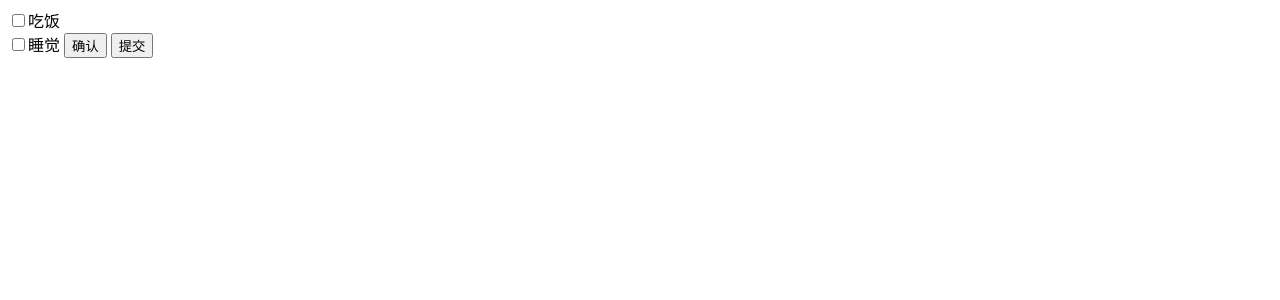
Repository: ls02/VSCode
Page: Java/2022/6-18-1/Test.html
An editor plug-in stored every save of this project. The page is shown before and after the next save, followed by the edit.
The browser window is 1280 px wide. The pictures show the whole page.

Above is the page before, as saved 2022-06-20 16:14:11.

### Java/2022/6-18-1/Test.html
<!--
 * @Author: ls02 <2877455773@qq.com>
 * @Date: 2022-06-18 17:19:58
 * @LastEditors: ls02 <2877455773@qq.com>
 * @LastEditTime: 2022-06-20 16:14:11
 * @FilePath: \Java\2022\6-18-1\Test.html
 * @Description:
 *
 * Copyright (c) 2022 by ${ls02 <2877455773@qq.com>}, All Rights Reserved.
-->
<html>
    <!--head放一些属性-->
    <head>
        <!--这个title标签表示网页的标题-->
        <!--mate 指定字符集编码-->
        <mate charset="UTF-8">
        <title>我的标题</title>
        <style>
            td {
                text-align: center;
            }
        </style>
    </head>
    <!--body放要展示的内容-->
    <body>
        <!-- <h1> hello world</h1>
        <h2> hello world</h2>
        <p>第一段<br/>Lorem ipsum dolor sit amet consectetur adipisicing elit. Iusto, optio molestiae similique cumque facilis ratione praesentium necessitatibus. Laborum, enim magnam in expedita reiciendis, soluta facere voluptatibus dolor laboriosam ad adipisci!</p>
        <p>Lorem ipsum dolor, sit amet consectetur adipisicing elit. Neque fugit cum, quibusdam aut, dolorum tempora architecto eos in, minima nisi suscipit ratione illo repellendus sunt aliquam obcaecati iste commodi distinctio.</p>
        <strong>加粗效果</strong>
        <b>加粗效果</b>
        <em>斜线效果</em>
        <del>删除线</del>
        <s>删除线效果</s>
        <ins>下划线效果</ins>
        <u>下划线效果</u> -->
        <!-- 图片相关的操作 -->
        <!-- <img src="image/1.jpg"
        alt="图片加载失败"
        title="美女图片"
        width="900" height="900" /> -->
        <!-- 超链接相关的操作 -->
        <!-- target="_blank" 这个属性是用来表示当前超链接不替换，没加默认就是替换 -->
        <!-- <a href="https://www.baidu.com/" target="_blank">这是一个百度的超链接</a> -->
        <!-- 也可以写成相对路径 -->
        <!-- <a href="image/1.jpg" target="_blank">这是一个相对路径</a> -->

        <!-- 表格标签 -->
        <!-- table表示表格，tr表示一行，td表示一行中的一个单元格，
            thead表示表格的头部，tbody表示表格的主题区域
            border表示边框的意思，cellspacing是表示间隙，align表示表格对齐方式-->
        <!-- <table width="300px" height="300px" border="1px" cellspacing="0" align="center">
            <tr>
                <td><b>姓名</b></td>
                <td><b>性别</b></td>
                <td><b>年龄</b></td>
            </tr>
            <tr>
                <td>张三</td>
                <td>男</td>
                <td>20</td>
            </tr>
            <tr>
                <td>李四</td>
                <td>女</td>
                <td>33</td>
            </tr>
        </table> -->

        <!-- 有序列表 -->
        <!-- <ol>
            <li>吃饭</li>
            <li>睡觉</li>
        </ol> -->
        <!-- 无序列表 -->
        <!-- <ul>
            <li>吃饭</li>
            <li>睡觉</li>
        </ul> -->
        <!-- 自定义列表 -->
        <!-- <dl>
            <dt>我要干啥</dt>
            <dd>吃饭</dd>
            <dd>睡觉</dd>
        </dl> -->
        <!-- 表单标签，表单标签相当于让用户填表的效果 -->
        <!-- action表示用户的数据提交给谁（服务器）？url(服务器地址)
        input表示输入控件，type是一个单行文本框用于输入，双引号里面是选中类型，如果是密码就会隐藏
        radio单选框，用于选择的点击会有标识，如果需要单选那么需要关联,如果需要一开始默认就可以添加个checked属性
        复选框checked -->
        <form action="https://www.baidu.com">
            <!-- <input type="password"> -->
            <!-- <input type="radio" name="gender" checked="checked">男
            <br>
            <input type="radio" name="gender">女 -->
            <input type="checkbox">吃饭
            <br>
            <input type="checkbox">睡觉
            <!-- button一个按钮，value按钮名，onclick弹窗 -->
            <input type="button" value="确认" onclick="alert('hello')">
            <!-- 提交按钮 -->
            <input type="submit" value="提交">
        </form>
    </body>
    </html>

After the next save:
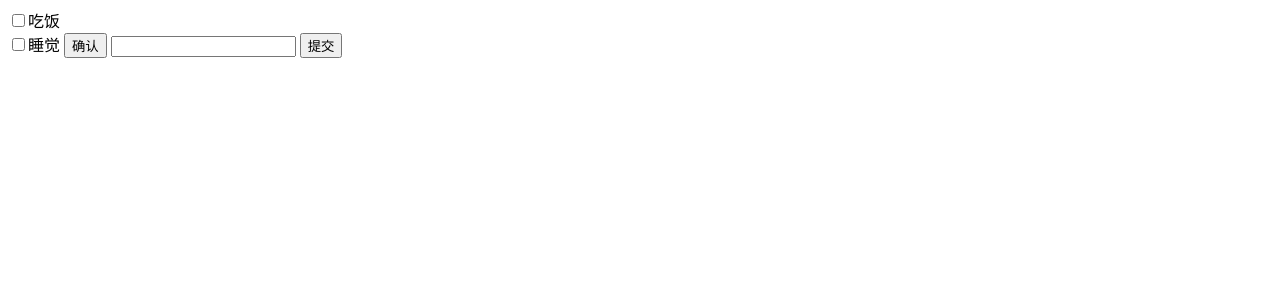
Saved 71 s later.
--- a/Java/2022/6-18-1/Test.html
+++ b/Java/2022/6-18-1/Test.html
@@ -2,7 +2,7 @@
  * @Author: ls02 <2877455773@qq.com>
  * @Date: 2022-06-18 17:19:58
  * @LastEditors: ls02 <2877455773@qq.com>
- * @LastEditTime: 2022-06-20 16:14:11
+ * @LastEditTime: 2022-06-20 16:15:22
  * @FilePath: \Java\2022\6-18-1\Test.html
  * @Description:
  *
@@ -99,6 +99,7 @@
             <!-- button一个按钮，value按钮名，onclick弹窗 -->
             <input type="button" value="确认" onclick="alert('hello')">
             <!-- 提交按钮 -->
+            <input type="text" name="key">
             <input type="submit" value="提交">
         </form>
     </body>
